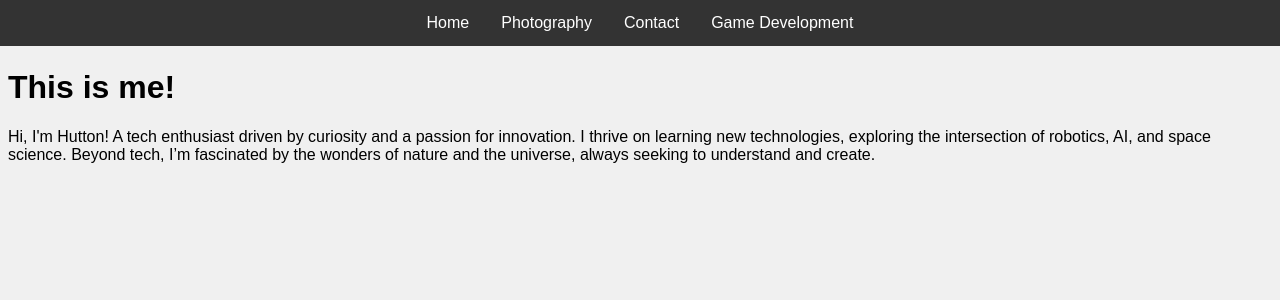
Repository: Argivist/ArgPortfolio
Page: index.html
These files come from the project's save history. The page is drawn as it stood at one moment and after the next save; the edit follows.
The browser window is 1280 px wide. The pictures show the whole page.

Above is the page before, as saved 2025-03-28 15:13:44.

After the next save:
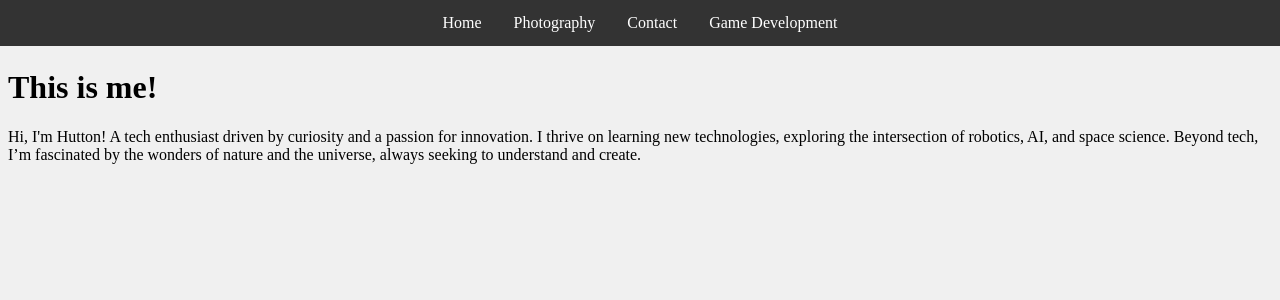
Saved 10 s later.
--- a/index.html
+++ b/index.html
@@ -12,7 +12,7 @@
     <style>
         body{
             background-color: #f0f0f0;
-            font-family: 'Arial', sans-serif;
+
         }
     </style>
 </head>

After the save that followed:
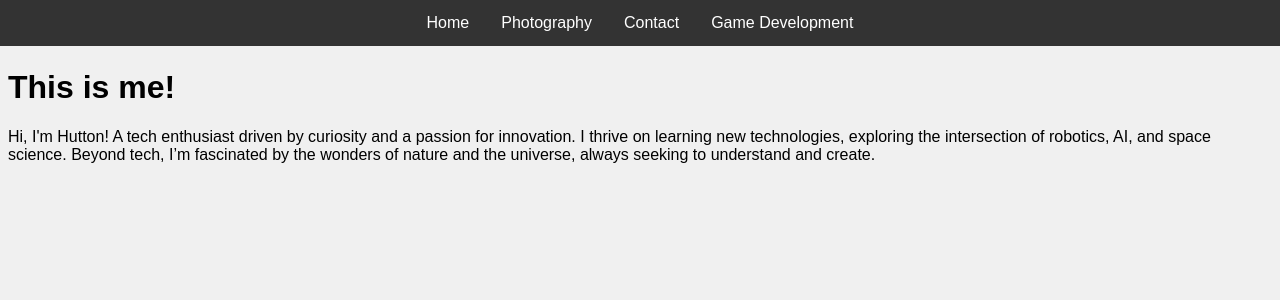
Saved 9 s later.
--- a/index.html
+++ b/index.html
@@ -12,7 +12,7 @@
     <style>
         body{
             background-color: #f0f0f0;
-
+            font-family: 'Arial', sans-serif;
         }
     </style>
 </head>
